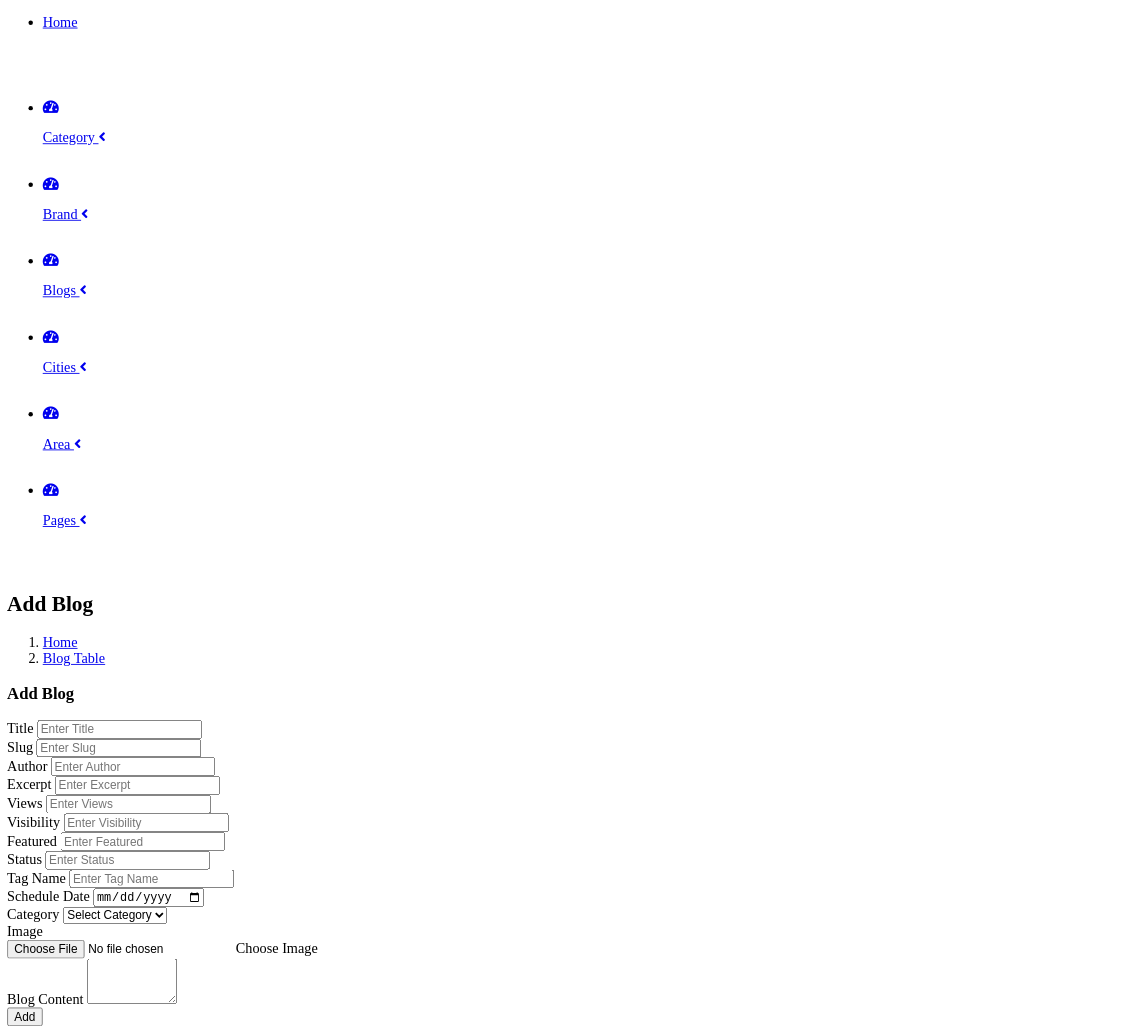
Repository: samiraelshon123/LP_Project
Page: http://localhost/admin/blog/create
An editor plug-in stored every save of this project. The page is shown before and after the next save, followed by the edit.
The browser window is 1280 px wide. The pictures show the whole page, at 89% of full size.
Some web fonts or font styles are not loaded; a fallback is used. The page is served by the project's Laravel application, run on PHP 8.4 with Laravel 9. A made-up administrator, Test User (test@example.com), is signed in. Queries for data that is not in the repository find no rows.

Above is the page before, as saved 2023-05-29 23:15:43.

After the next save:
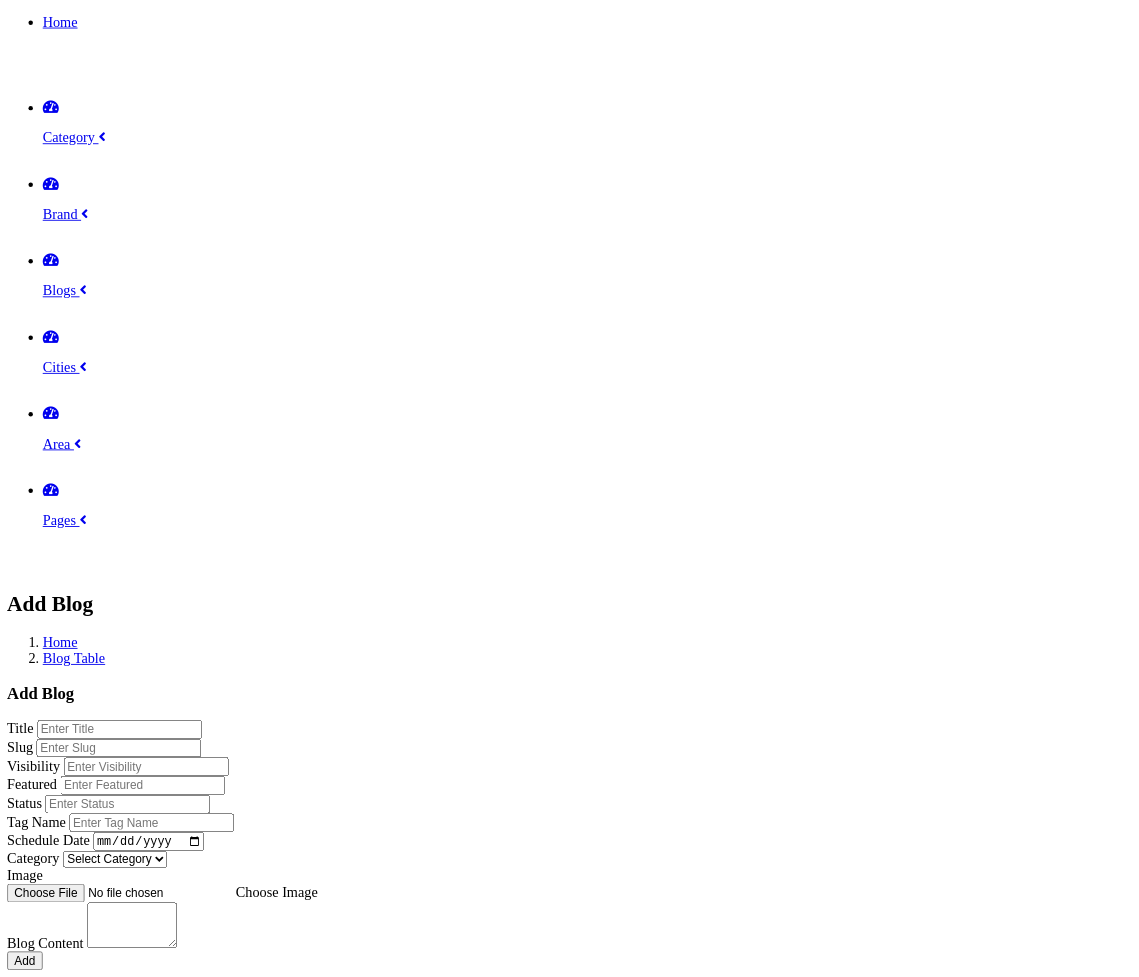
Saved 4 min 28 s later.
--- a/resources/views/admin/blogs/create.blade.php
+++ b/resources/views/admin/blogs/create.blade.php
@@ -52,18 +52,7 @@
                 <label for="exampleInputEmail1">Slug</label>
                 <input type="text" class="form-control" id="slug" value="{{old('slug')}}" name="slug" placeholder="Enter Slug">
             </div>
-            <div class="form-group col-6">
-                <label for="exampleInputEmail1">Author</label>
-                <input type="text" class="form-control" id="author" value="{{old('author')}}" name="author" placeholder="Enter Author">
-            </div>
-            <div class="form-group col-6">
-                <label for="exampleInputEmail1">Excerpt</label>
-                <input type="text" class="form-control" id="excerpt" value="{{old('excerpt')}}" name="excerpt" placeholder="Enter Excerpt">
-            </div>
-            <div class="form-group col-6">
-                <label for="exampleInputEmail1">Views</label>
-                <input type="text" class="form-control" id="views" value="{{old('views')}}" name="views" placeholder="Enter Views">
-            </div>
+
             <div class="form-group col-6">
                 <label for="exampleInputEmail1">Visibility</label>
                 <input type="text" class="form-control" id="visibility" value="{{old('visibility')}}" name="visibility" placeholder="Enter Visibility">
